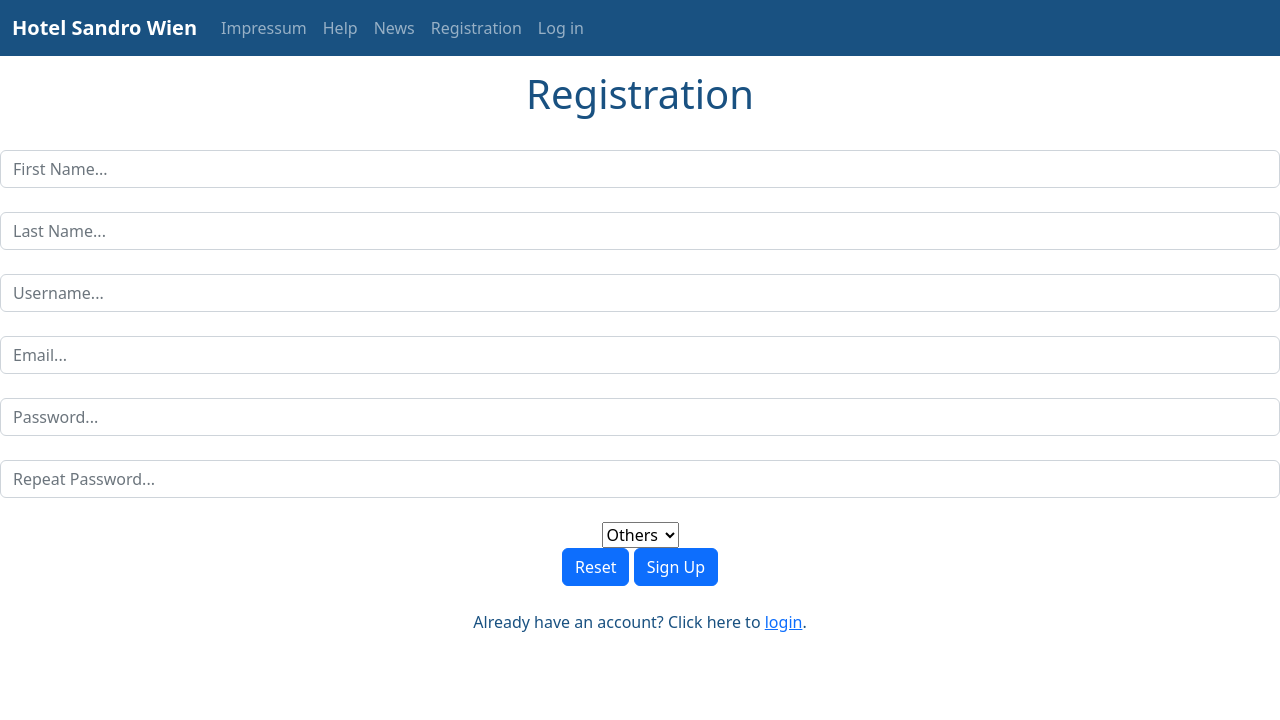
Repository: TIS0N/Hotel_Sandro
Page: http://localhost/pages/registration.php
An editor plug-in stored every save of this project. The page is shown before and after the next save, followed by the edit.
The browser window is 1280 px wide. The pictures show the whole page.
The page is run by PHP 8.4 with error messages shown; the project is at /var/www/html/.

Above is the page before, as saved 2023-01-15 22:38:25.

After the next save:
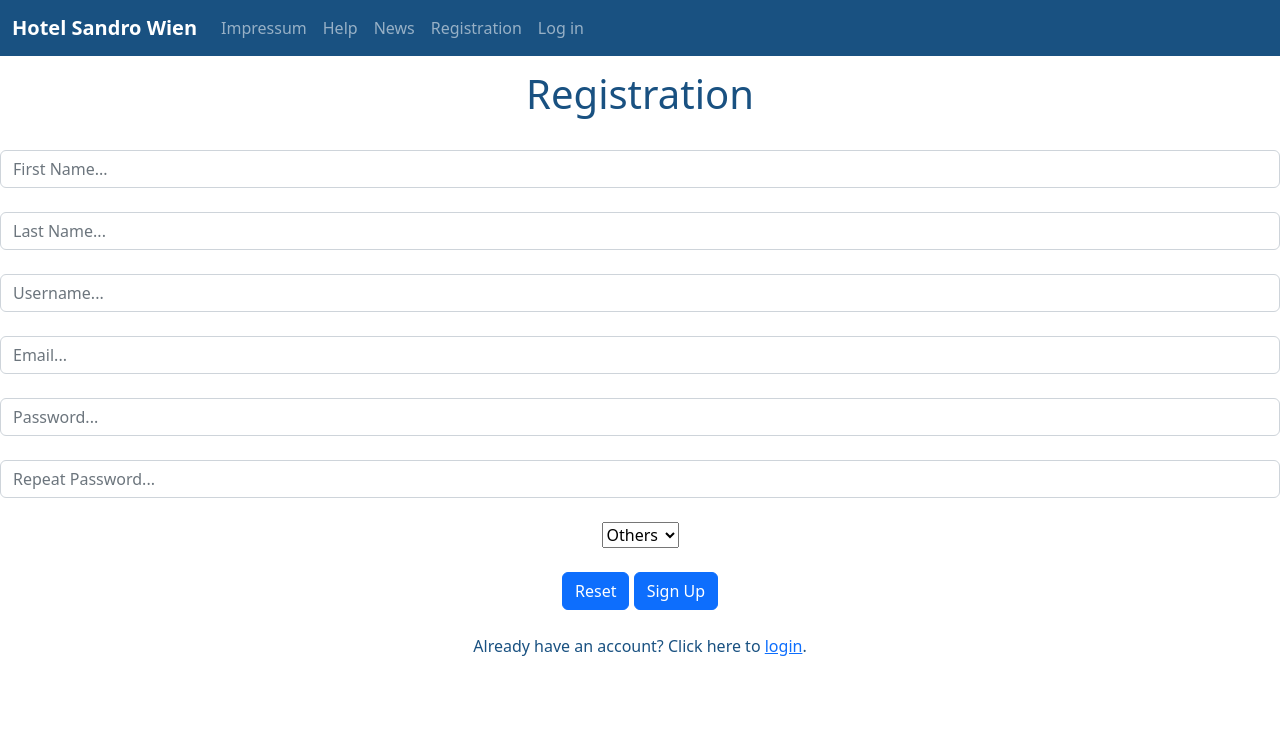
Saved 10 s later.
--- a/pages/registration.php
+++ b/pages/registration.php
@@ -204,7 +204,7 @@ ________________________________________________________________________________
                     <option value="others">Others</option>
                     <option value="male">Male</option>
                     <option value="female">Female</option>
-                </select><br>
+                </select><br><br>
                 <button class="btn btn-primary" type="reset" name="reset">Reset</button>
                 <button class="btn btn-primary" type="submit" name="submit">Sign Up</button>
             </form>
